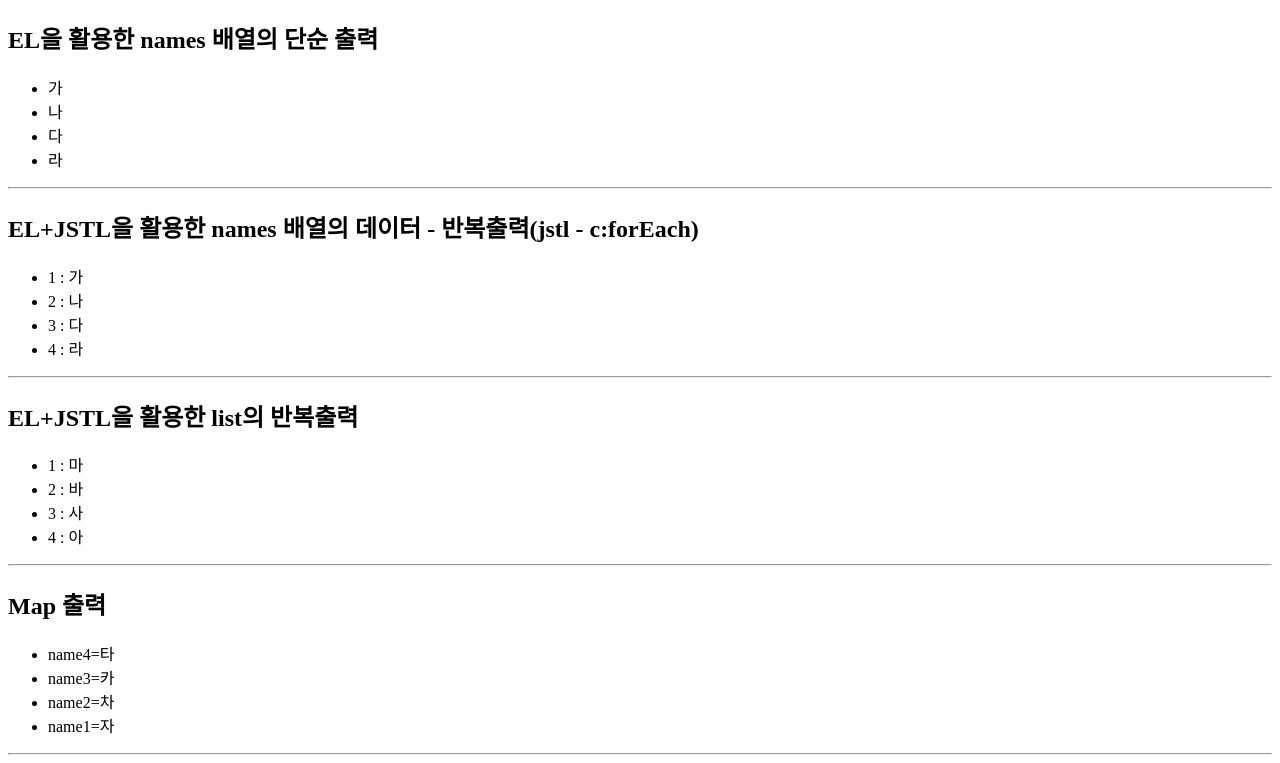
Repository: Rua1006/JSP
Page: http://localhost/practice02/GetJavaDataCtrl.do
These files come from the project's save history. The page is drawn as it stood at one moment and after the next save; the edit follows.
The browser window is 1280 px wide. The pictures show the whole page.
The page is served by Tomcat 9.

Above is the page before, as saved 2022-11-10 06:42:44.

### practice02/WebContent/06getJavaData.jsp
<%@ page language="java" contentType="text/html; charset=UTF-8"
    pageEncoding="UTF-8"%>
<%@ taglib prefix="c" uri="http://java.sun.com/jsp/jstl/core" %>
<%@ taglib prefix="fmt" uri="http://java.sun.com/jsp/jstl/fmt" %>
<%@ page import ="java.util.*" %>
<%@ page import ="java.text.*, java.net.InetAddress" %>
<%@ page import ="com.example.*" %>
<%@ include file = "common.jsp" %>
<!DOCTYPE html>
<html>
<head>
<meta charset="UTF-8">
<title>06getJavaData</title>
</head>
<body>
<h2>EL을 활용한 names 배열의 단순 출력</h2>
<ul>
	<li>${names[0] }</li>
	<li>${names[1] }</li>
	<li>${names[2] }</li>
	<li>${names[3] }</li>
</ul>
<hr>
<h2>EL+JSTL을 활용한 names 배열의 데이터 - 반복출력(jstl - c:forEach)</h2>
<ul>
	<c:forEach items="${names }" var="name" varStatus="status">
	<li>${status.count } : ${name }</li>
	</c:forEach>
</ul>
<hr>
<h2>EL+JSTL을 활용한 list의 반복출력</h2>
<ul>
	<c:forEach items="${list }" var="lst" varStatus="status">
	<li>${status.count } : ${lst }</li>
	</c:forEach>
</ul>
<hr>
<h2>Map 출력</h2>
<ul>
	<c:forEach items="${map }" var="mp">
	<li>${mp }</li>
	</c:forEach>
</ul>
<hr>
</body>
</html>

### practice02/src/com/example/GetJavaDataCtrl.java
package com.example;

import java.io.IOException;
import java.util.ArrayList;
import java.util.HashMap;

import javax.servlet.RequestDispatcher;
import javax.servlet.ServletException;
import javax.servlet.annotation.WebServlet;
import javax.servlet.http.HttpServlet;
import javax.servlet.http.HttpServletRequest;
import javax.servlet.http.HttpServletResponse;


@WebServlet("/GetJavaDataCtrl.do")
public class GetJavaDataCtrl extends HttpServlet {
	private static final long serialVersionUID = 1L;



	protected void service(HttpServletRequest request, HttpServletResponse response) throws ServletException, IOException {
		String[] names = {"가", "나", "다", "라"};

		ArrayList<String> list = new ArrayList<String>();
		list.add("마");
		list.add("바");
		list.add("사");
		list.add("아");

		HashMap<String, String> map = new HashMap<>();
		map.put("name1", "자");
		map.put("name2", "차");
		map.put("name3", "카");
		map.put("name4", "타");

		HashMap<String, String> map2 = new HashMap<>();
		map2.put("name", "파");
		map2.put("age", "100");
		map2.put("height", "200");

		Human vo = new Human();
		vo.setName("가가");
		vo.setCountry("대한민국");
		vo.setAge(30);
		vo.setHobby("다다");

		ArrayList<Human> hList = new ArrayList<Human>();
		Human human = new Human();
		human.setName("나나");
		human.setCountry("미국");
		human.setAge(100);
		human.setHobby("라라");

		Human human2 = new Human();
		human2.setName("마마");
		human2.setCountry("일본");
		human2.setAge(60);
		human2.setHobby("바바");

		Human human3 = new Human();
		human3.setName("사사");
		human3.setCountry("중국");
		human3.setAge(7);
		human3.setHobby("아아");

		request.setAttribute("names", names);
		request.setAttribute("list", list);
		request.setAttribute("map", map);
		request.setAttribute("map2", map2);
		request.setAttribute("vo", vo);
		request.setAttribute("hList", hList);

		RequestDispatcher view = request.getRequestDispatcher("06getJavaData.jsp");
		view.forward(request, response);

	}

}

### practice02/src/com/example/Human.java
package com.example;

public class Human {
	private String country;
	private String name;
	private int age;
	private String hobby;
	public String getCountry() {
		return country;
	}
	public void setCountry(String country) {
		this.country = country;
	}
	public String getName() {
		return name;
	}
	public void setName(String name) {
		this.name = name;
	}
	public int getAge() {
		return age;
	}
	public void setAge(int age) {
		this.age = age;
	}
	public String getHobby() {
		return hobby;
	}
	public void setHobby(String hobby) {
		this.hobby = hobby;
	}

}

Loaded but not shown: practice02/WebContent/common.jsp (common file)

After the next save:
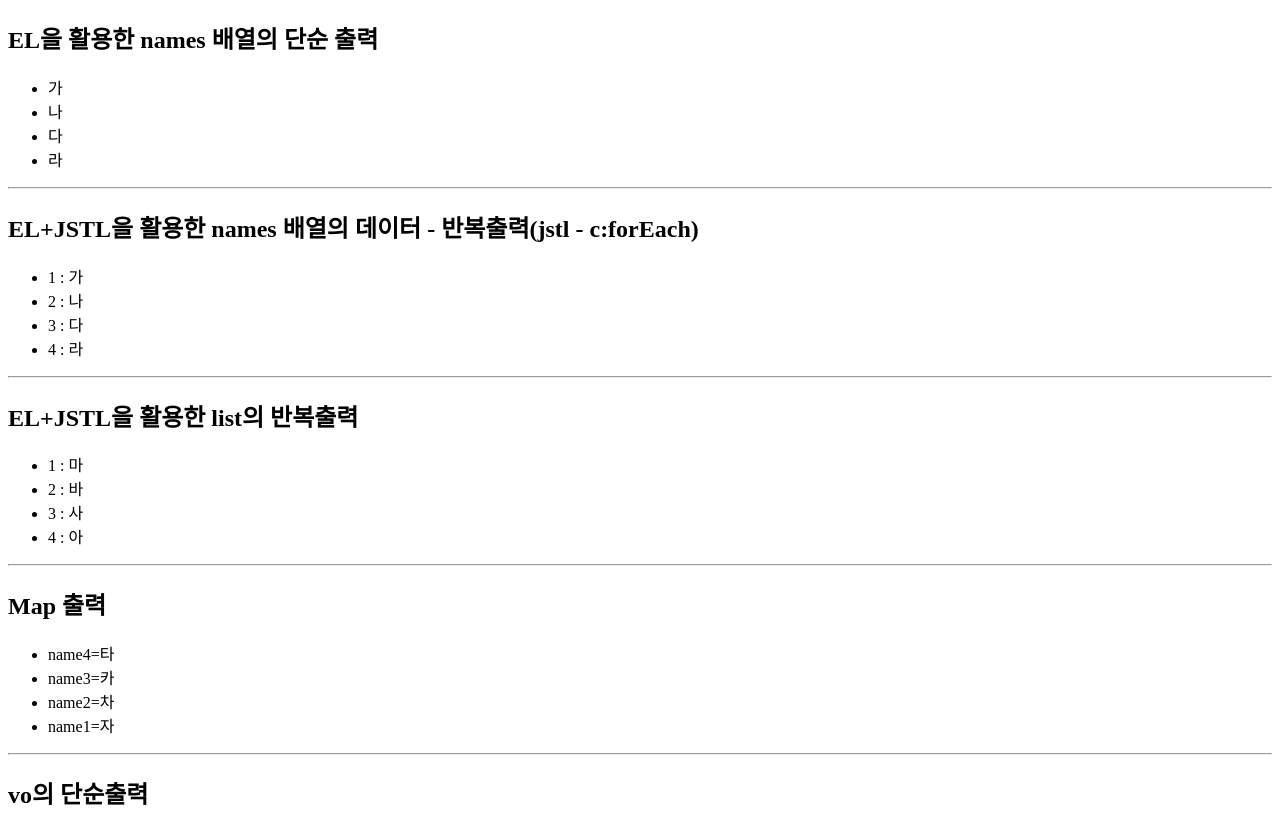
Saved 27 s later.
--- a/practice02/WebContent/06getJavaData.jsp
+++ b/practice02/WebContent/06getJavaData.jsp
@@ -42,5 +42,6 @@
 	</c:forEach>
 </ul>
 <hr>
+<h2>vo의 단순출력</h2>
 </body>
 </html>
